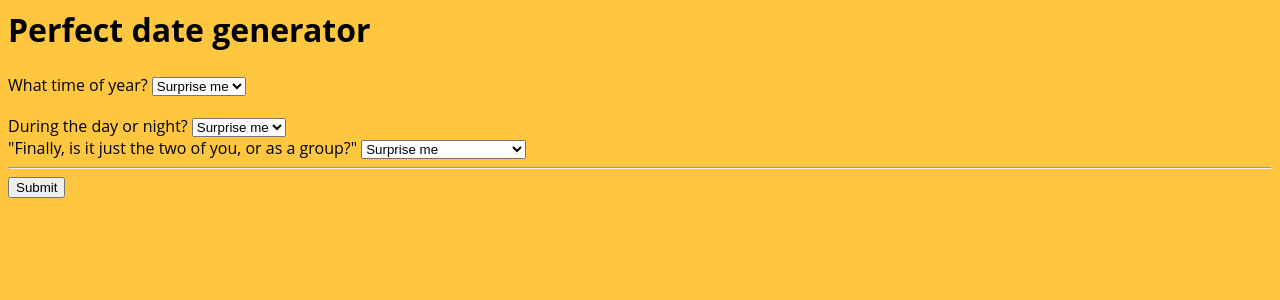
Repository: nazaninrizvi/codecademy
Page: Javascript/Mixed-messages/index.html
These files come from the project's save history. The page is drawn as it stood at one moment and after the next save; the edit follows.
The browser window is 1280 px wide. The pictures show the whole page.

Above is the page before, as saved 2021-11-21 21:26:07.

After the next save:
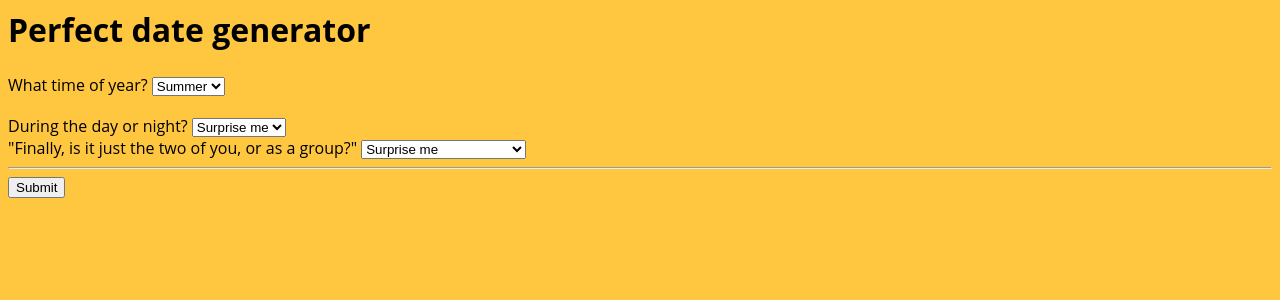
Saved 7 min 13 s later.
--- a/Javascript/Mixed-messages/index.html
+++ b/Javascript/Mixed-messages/index.html
@@ -12,7 +12,6 @@
     <form action="results.html" method="GET">
       <label for="seasons">What time of year?</label>
       <select id="seasons" name="seasons">
-        <option value="surpSeas">Surprise me</option>
         <option value="summer">Summer</option>
         <option value="autumn">Autumn</option>
         <option value="winter">Winter</option>
